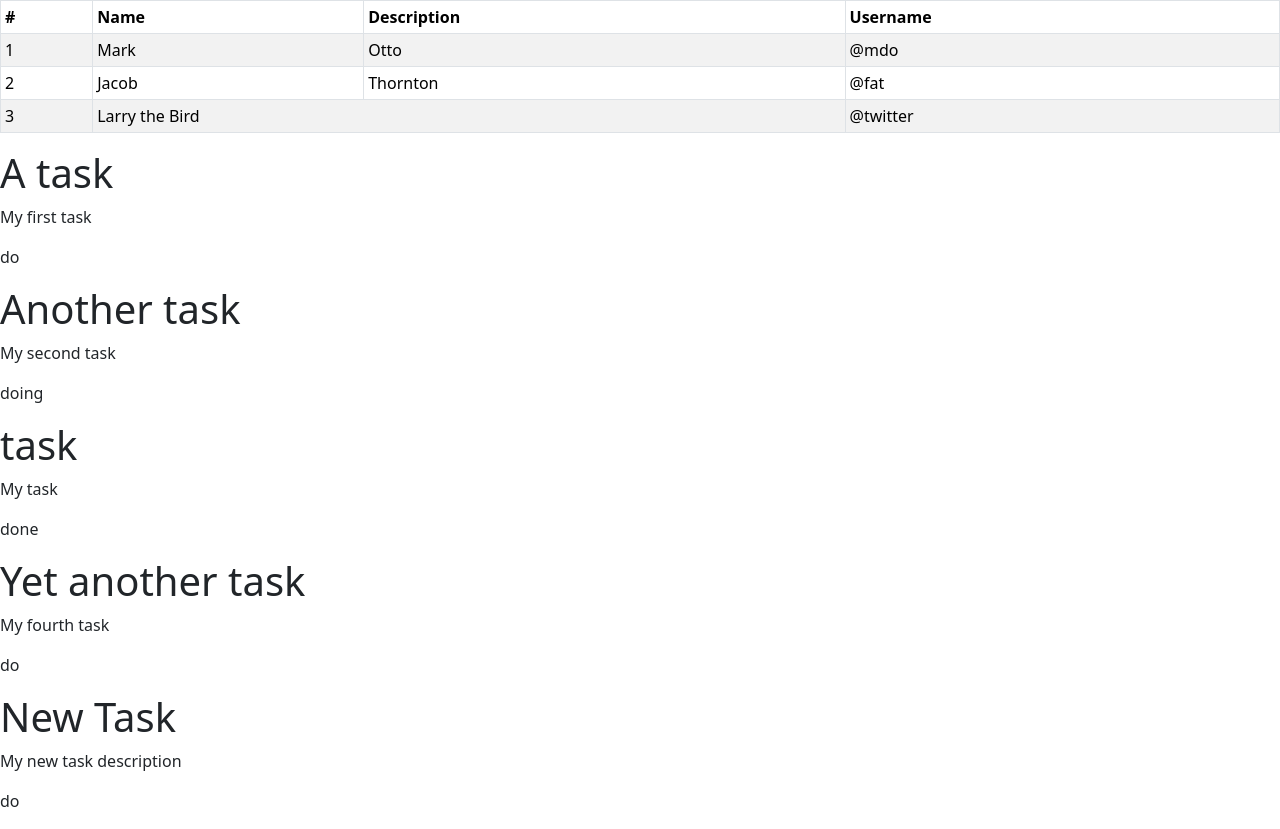
Repository: trider/react-task-app
Page: /tasks
An editor plug-in stored every save of this project. The page is shown before and after the next save, followed by the edit.
The browser window is 1280 px wide. The pictures show the whole page.
The project was rebuilt for these pictures with package versions that can differ from the ones it lists, and the page was loaded fresh each time. Also part of the build but not shown: src/pages/Login.js.

Above is the page before, as saved 2024-05-02 17:50:16.

### src/App.js

import 'bootstrap/dist/css/bootstrap.min.css';
import ReactDOM from "react-dom/client";
import { BrowserRouter, Routes, Route } from "react-router-dom";
import LoginForm from "./pages/Login";
import TaskList from "./pages/Task";


let App = () => {
  return (
    <div>
    <BrowserRouter>
      <Routes>
          <Route index element={<LoginForm />} />
          <Route path="login" element={<LoginForm />} />
          <Route path="tasks" element={<TaskList />} />
      </Routes>
    </BrowserRouter>






    </div>


  );
}


export default App;

### src/pages/Task.js
import Table from 'react-bootstrap/Table';

const userTasks= [
 {
   id: "6630ab326e723ac1ea6dce7a",
   description: "My first task",
   name: "A task",
   taskId: 1,
   user: "jonnygold",
   added: "2024-05-01T22:00:00.000Z",
   updated: "2024-05-01T14:16:01.119Z",
   status: "do",
   isActive: true
 },
 {
   id: "6630fe5d6e723ac1ea6dce7e",
   description: "My second task",
   name: "Another task",
   taskId: 2,
   user: "jonnygold",
   added: "2024-05-01T22:00:00.000Z",
   updated:"2024-05-01T14:16:01.119Z",
   status: "doing",
   isActive: true
 },
 {
   id: "6630fe826e723ac1ea6dce7f",
   description: "My task",
   name: "task",
   taskId: 3,
   user: "jonnygold",
   added: "2024-05-01T22:00:00.000Z",
   updated:"2024-05-01T14:16:01.119Z",
   status: "done",
   isActive: true
 },
 {
   id: "6631f17cc4c9b7f5ab3c28c3",
   name: "Yet another task",
   description: "My fourth task",
   user: "jonnygold",
   taskId: 4,
   added: "2024-05-01T22:00:00.000Z",
   updated:"2024-05-01T14:16:01.119Z",
   isActive: true,
   status: "do",

 },
 {
   id: "66323f0d54b80929f84ebdd2",
   user: "jonnygold",
   name: "New Task",
   description: "My new task description",
   status: "do",
   taskId: 5,
   added: "2024-05-01T22:00:00.000Z",
   updated:"2024-05-01T14:16:01.119Z",
   isActive: true,
 }

]

const TaskList = () => {
  return (
    <div>
      <Table striped bordered hover size="sm">
      <thead>
        <tr>
          <th>#</th>
          <th>Name</th>
          <th>Description</th>
          <th>Username</th>
        </tr>
      </thead>
      <tbody>
        <tr>
          <td>1</td>
          <td>Mark</td>
          <td>Otto</td>
          <td>@mdo</td>
        </tr>
        <tr>
          <td>2</td>
          <td>Jacob</td>
          <td>Thornton</td>
          <td>@fat</td>
        </tr>
        <tr>
          <td>3</td>
          <td colSpan="2">Larry the Bird</td>
          <td>@twitter</td>
        </tr>
      </tbody>
    </Table>



      {userTasks.map((task) => (
        <div key={task.id}>
          <h1>{task.name}</h1>
          <p>{task.description}</p>
          <p>{task.status}</p>
        </div>
      ))}
    </div>
  );
}

export default TaskList;

Loaded but not shown: public/index.html (common file); src/index.js (common file); src/index.css (common file); src/reportWebVitals.js (common file)

After the next save:
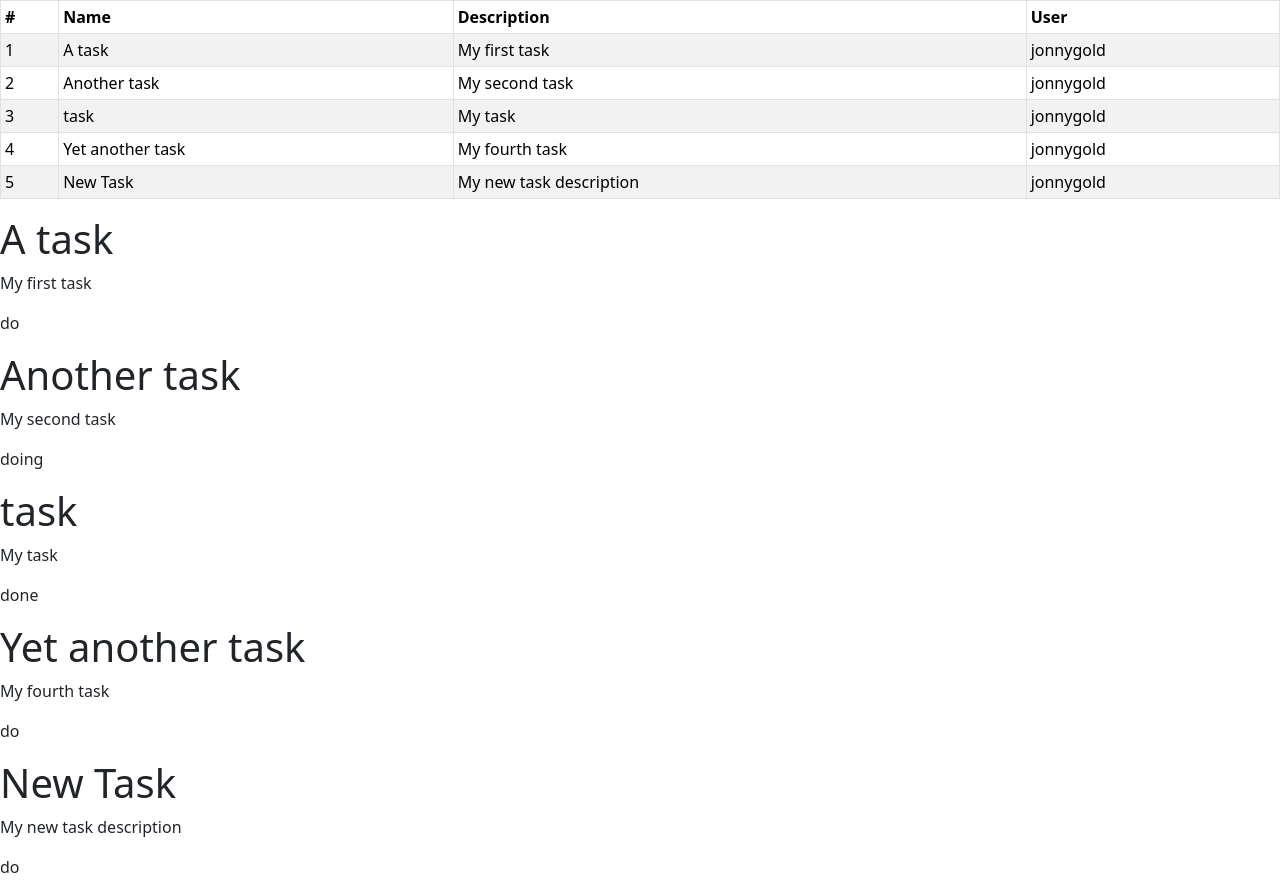
Saved 30 s later.
--- a/src/pages/Task.js
+++ b/src/pages/Task.js
@@ -69,27 +69,19 @@ const TaskList = () => {
           <th>#</th>
           <th>Name</th>
           <th>Description</th>
-          <th>Username</th>
+          <th>User</th>
         </tr>
       </thead>
       <tbody>
-        <tr>
-          <td>1</td>
-          <td>Mark</td>
-          <td>Otto</td>
-          <td>@mdo</td>
-        </tr>
-        <tr>
-          <td>2</td>
-          <td>Jacob</td>
-          <td>Thornton</td>
-          <td>@fat</td>
-        </tr>
-        <tr>
-          <td>3</td>
-          <td colSpan="2">Larry the Bird</td>
-          <td>@twitter</td>
-        </tr>
+        {userTasks.map((task) => (
+          <tr key={task.id}>
+            <td>{task.taskId}</td>
+            <td>{task.name}</td>
+            <td>{task.description}</td>
+            <td>{task.user}</td>
+          </tr>
+        ))}
+
       </tbody>
     </Table>
 
